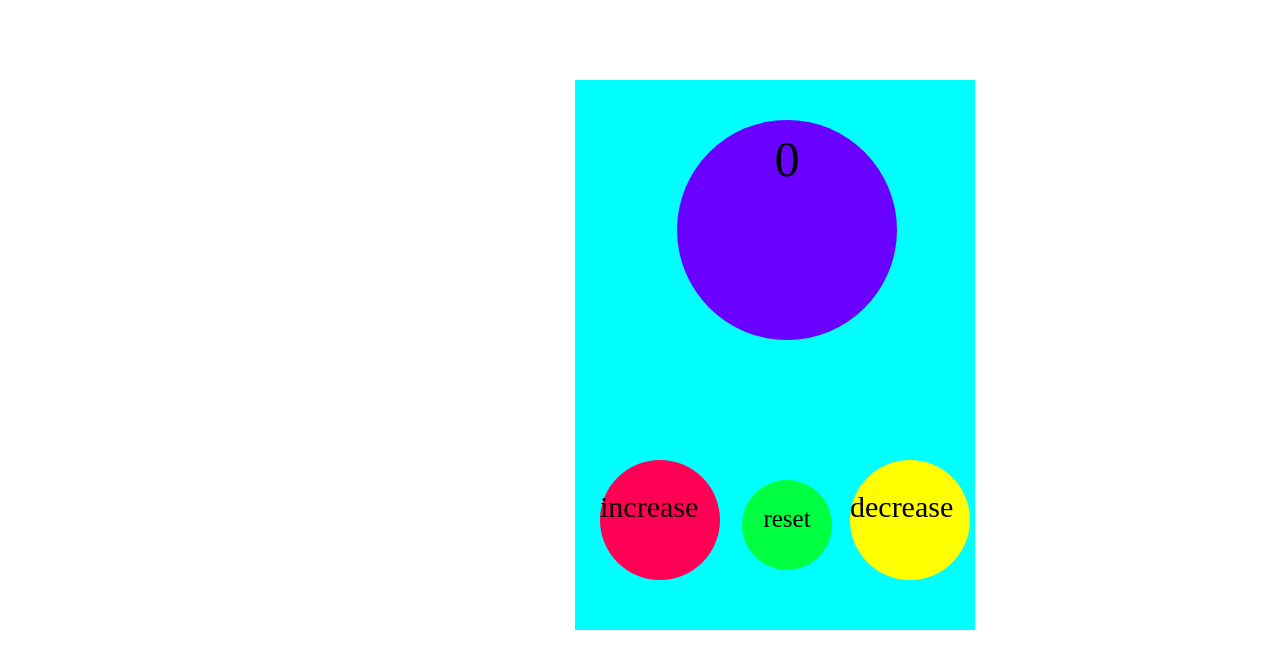
Repository: sara55m/Counter_App
Page: index.html
An editor plug-in stored every save of this project. The page is shown before and after the next save, followed by the edit.
The browser window is 1280 px wide. The pictures show the whole page.

Above is the page before, as saved 2024-07-30 03:47:20.

After the next save:
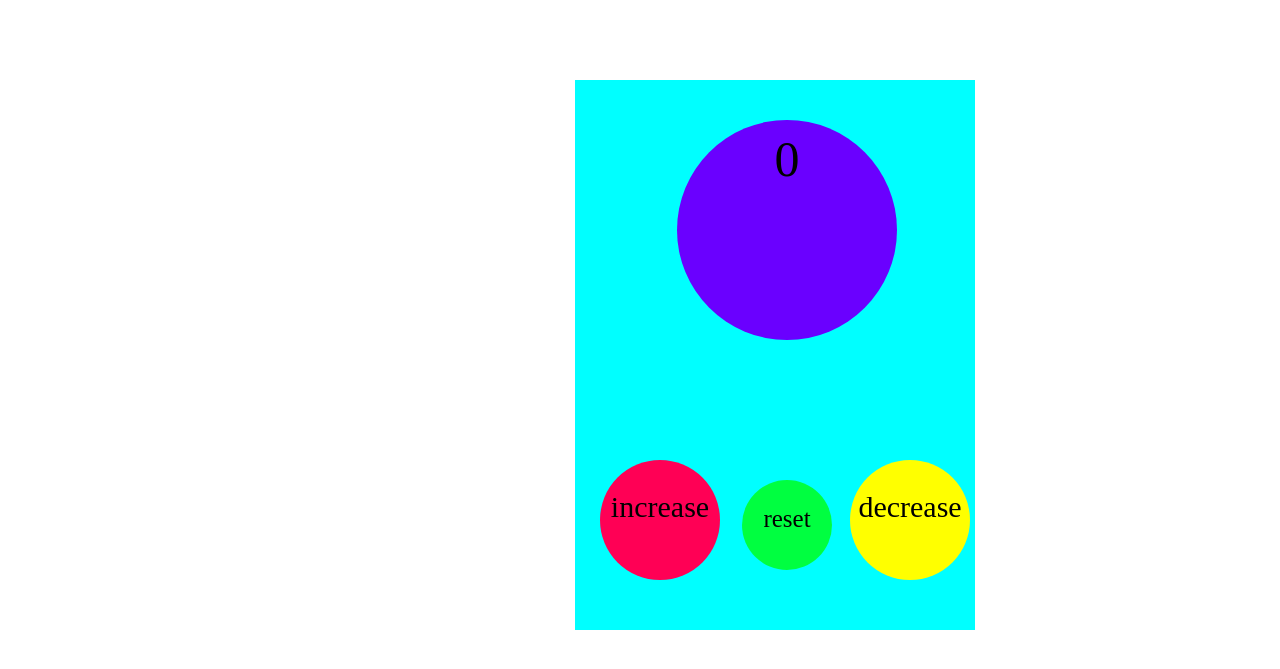
Saved 52 s later.
--- a/css/style.css
+++ b/css/style.css
@@ -32,7 +32,6 @@
     font-size: 50px;
 }
 p.first,p.second{
-    position:absolute;
     font-size: 30px;;
 }
 
